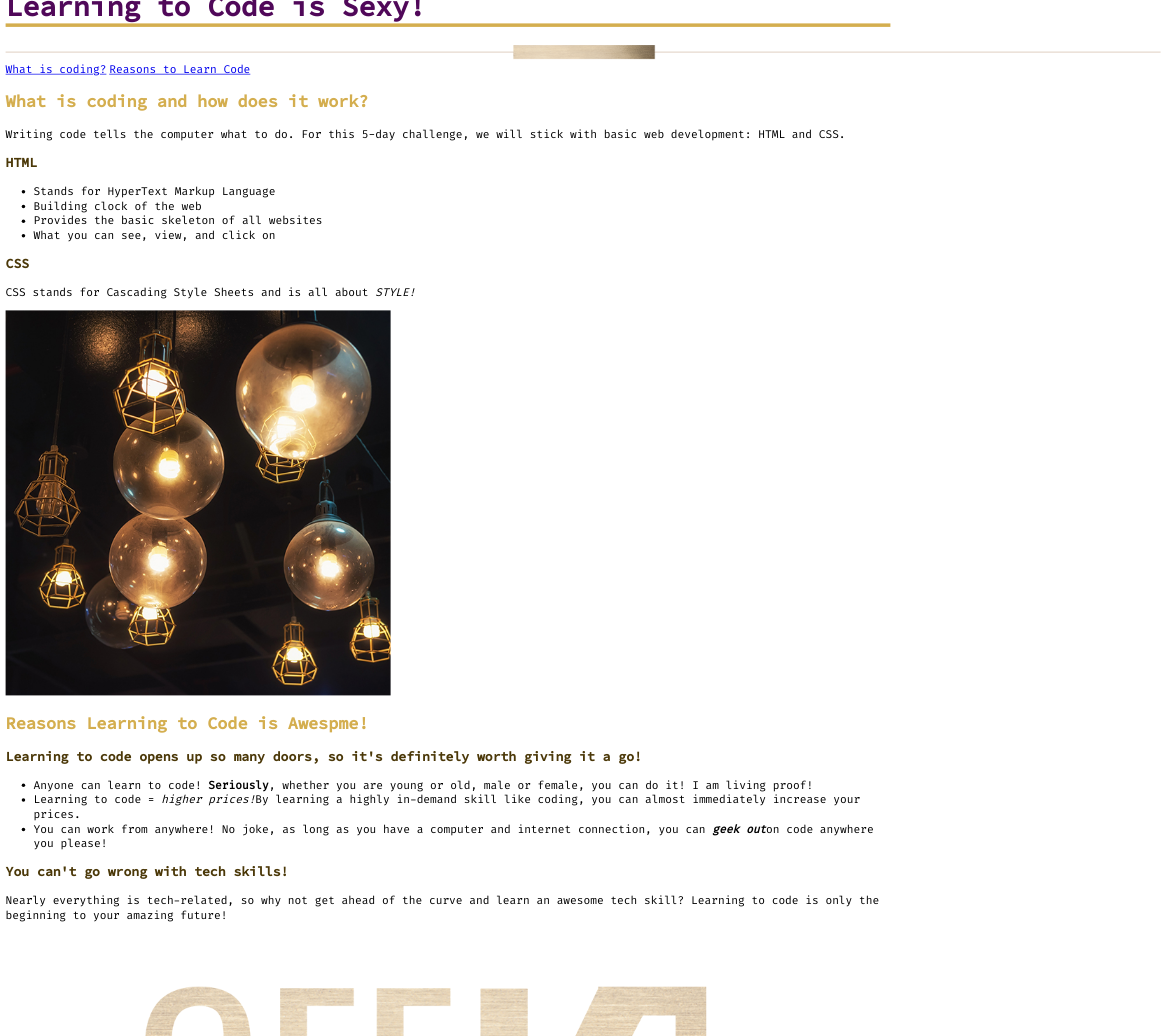
Repository: DrVicki/master
Page: index.html
An editor plug-in stored every save of this project. The page is shown before and after the next save, followed by the edit.
The browser window is 1280 px wide. The page is 1658 px wide, so the pictures cover 1658 px, including what lies to the right of the window. The pictures show the part of the page from y = 518 to 1998 px (the page is 2710 px tall), at 70% of full size.

Above is the page before, as saved 2022-05-30 15:56:55.

### index.html
<!DOCTYPE html>
<html>

<head>
    <meta charset="UTF-8" />
    <title>Vicki's 5 Day Challenge</title>
    <link href="https://fonts.googleapis.com/css2?family=Fira+Code:wght@300;400&family=Source+Code+Pro:wght@200&display=swap" rel="stylesheet">
    <link rel="preconnect" href="https://fonts.googleapis.com">
    <link rel="preconnect" href="https://fonts.gstatic.com" crossorigin>
    <link href="https://fonts.googleapis.com/css2?family=Source+Code+Pro:wght@500&display=swap" rel="stylesheet">
    <link rel="preconnect" href="https://fonts.googleapis.com">
    <link rel="preconnect" href="https://fonts.gstatic.com" crossorigin>
    <link href="https://fonts.googleapis.com/css2?family=Source+Code+Pro:wght@200&display=swap" rel="stylesheet">

    <link href="styles/style.css" rel="stylesheet" type="text/css" />
</head>

<body>
    <header>
        <nav>
            <div class="header-background-color">
                <a href="https://www.vickibealmanstudio.org/" target="_blank">
                    <img src="/Users/vickibealman/Desktop/Master/images/vbstudioLogo.png" alt="Vicki Bealman Studio Logo" class="logo" /> </a>
            </div>
            <div class="nav-button-bg">
                <a href=" index.html ">Home</a>
                <a href="about.html ">About</a>
            </div>
        </nav>
    </header>

    <div class="heading-one-purple">
        <h1>Learning to Code is Sexy!</strong>
        </h1>
        <img src="/Users/vickibealman/Desktop/Master/images/DividerGold.png " alt="Divider " />

        <nav>
            <a href="#introduction ">What is coding?</a>
            <a href="#reasons ">Reasons to Learn Code</a>
        </nav>
    </div>

    <div>
        <h2 class="heading-two-gold ">What is coding and how does it work?</h2>

        <p>Writing code tells the computer what to do. For this 5-day challenge, we will stick with basic web development: HTML and CSS.
        </p>

        <h3 class="heading-three-darkgold ">HTML</h3>
        <ul>
            <li>Stands for HyperText Markup Language</li>
            <li>Building clock of the web</li>
            <li>Provides the basic skeleton of all websites</li>
            <li>What you can see, view, and click on</li>
        </ul>
        <h3 class="heading-three-darkgold ">CSS</h3>
        <p>CSS stands for Cascading Style Sheets and is all about
            <em>STYLE!</em></p>
    </div>

    <div>
        <div>
            <img src="images/GoldBalls.jpg " alt="Gold Balls " />
        </div>
        <h2 class="heading-two-gold ">Reasons Learning to Code is Awespme!</h2>
        <h3 class="heading-three-darkgold ">Learning to code opens up so many doors, so it's definitely worth giving it a go!</h3>
        <ul>
            <li>Anyone can learn to code!
                <strong>Seriously</strong>, whether you are young or old, male or female, you can do it! I am living proof!</li>
            <li>Learning to code = <em>higher prices!</em>By learning a highly in-demand skill like coding, you can almost immediately increase your prices.</li>
            <li>You can work from anywhere! No joke, as long as you have a computer and internet connection, you can
                <strong><em>geek out</em></strong>on code anywhere you please!</li>
        </ul>
        <h3 class="heading-three-darkgold ">You can't go wrong with tech skills!</h3>
        <p>Nearly everything is tech-related, so why not get ahead of the curve and learn an awesome tech skill? Learning to code is only the beginning to your amazing future!</p>
    </div>

    <footer>

        <a href="https://geekpack.cpm ">
            <img src="images/GeekPack.png " alt="GeekPack Logo " /></a>
        <p>Copyright 2022 | All Rights Reserved</p>
    </footer>
</body>

</html>

### styles/style.css
    body {
        background-color: rgb(255, 255, 255);
    }

    .nav-button-bg {
        background-color: rgb(255, 255, 255);
    }

    .logo {
        background-color: #d4ae4f;
        width: 100%;
        padding-bottom: 10px;
        padding-top: 10px;
        padding-left: 10px;
        border: 10px solid rgb(80, 8, 89);
    }

    h1 {
        font-size: 40px;
        font-family: 'Source Code Pro', monospace;
        border-bottom: 5px solid #d4ae4f;
    }

    h2 {
        font-family: 'Source Code Pro', monospace;
    }

    h3 {
        font-family: 'Source Code Pro', monospace;
    }

    p {
        font-family: 'Fira Code', monospace;
    }

    li {
        font-family: 'Fira Code', monospace;
    }

    a {
        font-family: 'Fira Code', monospace;
    }

    .heading-two-gold {
        color: #d4ae4f;
    }

    .heading-three-darkgold {
        color: #4b3808;
    }

    .heading-one-purple {
        color: rgb(80, 8, 89)
    }

After the next save:
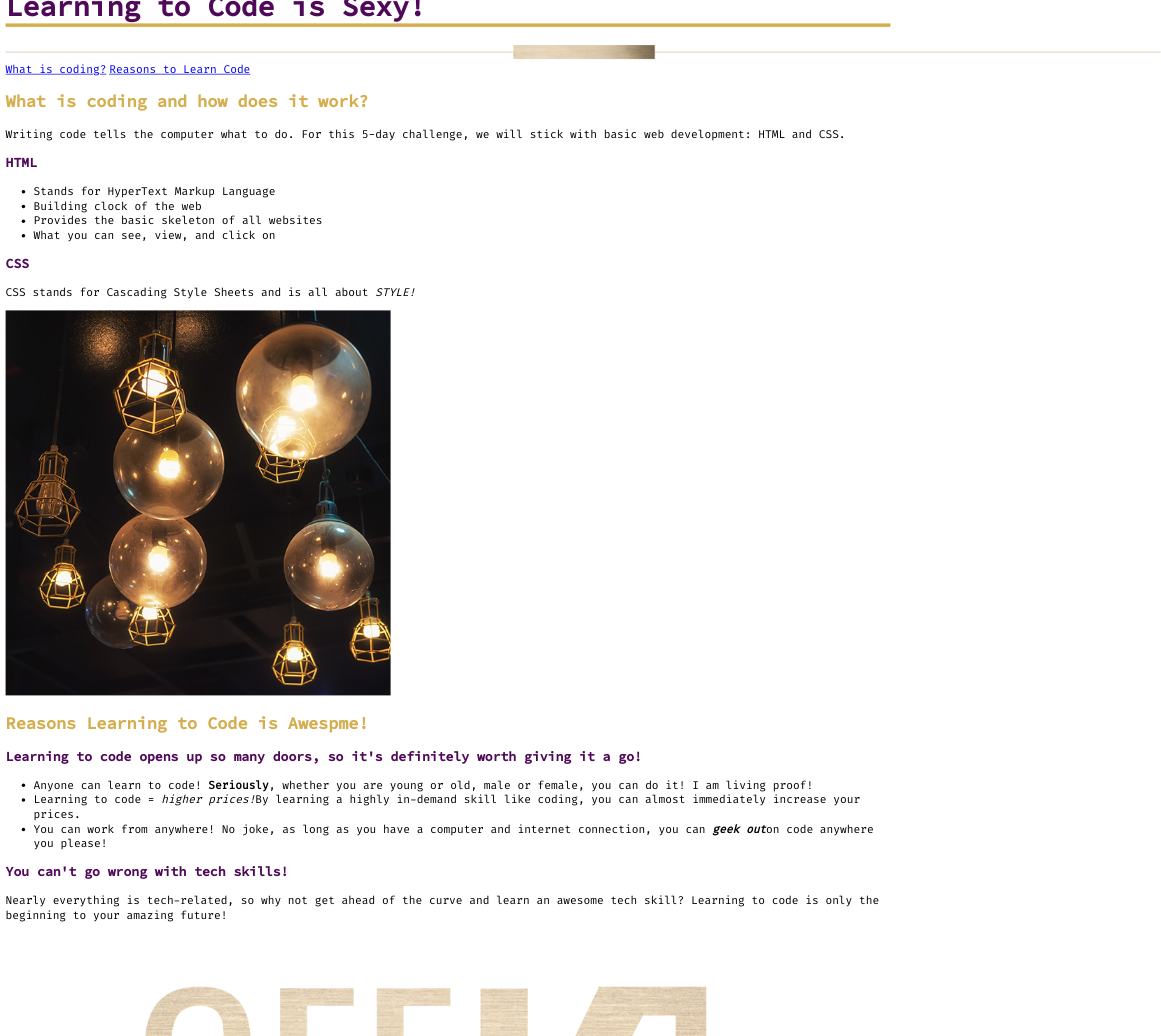
Saved 24 s later.
--- a/styles/style.css
+++ b/styles/style.css
@@ -46,7 +46,7 @@
     }
 
     .heading-three-darkgold {
-        color: #4b3808;
+        color: rgb(80, 8, 89);
     }
 
     .heading-one-purple {
